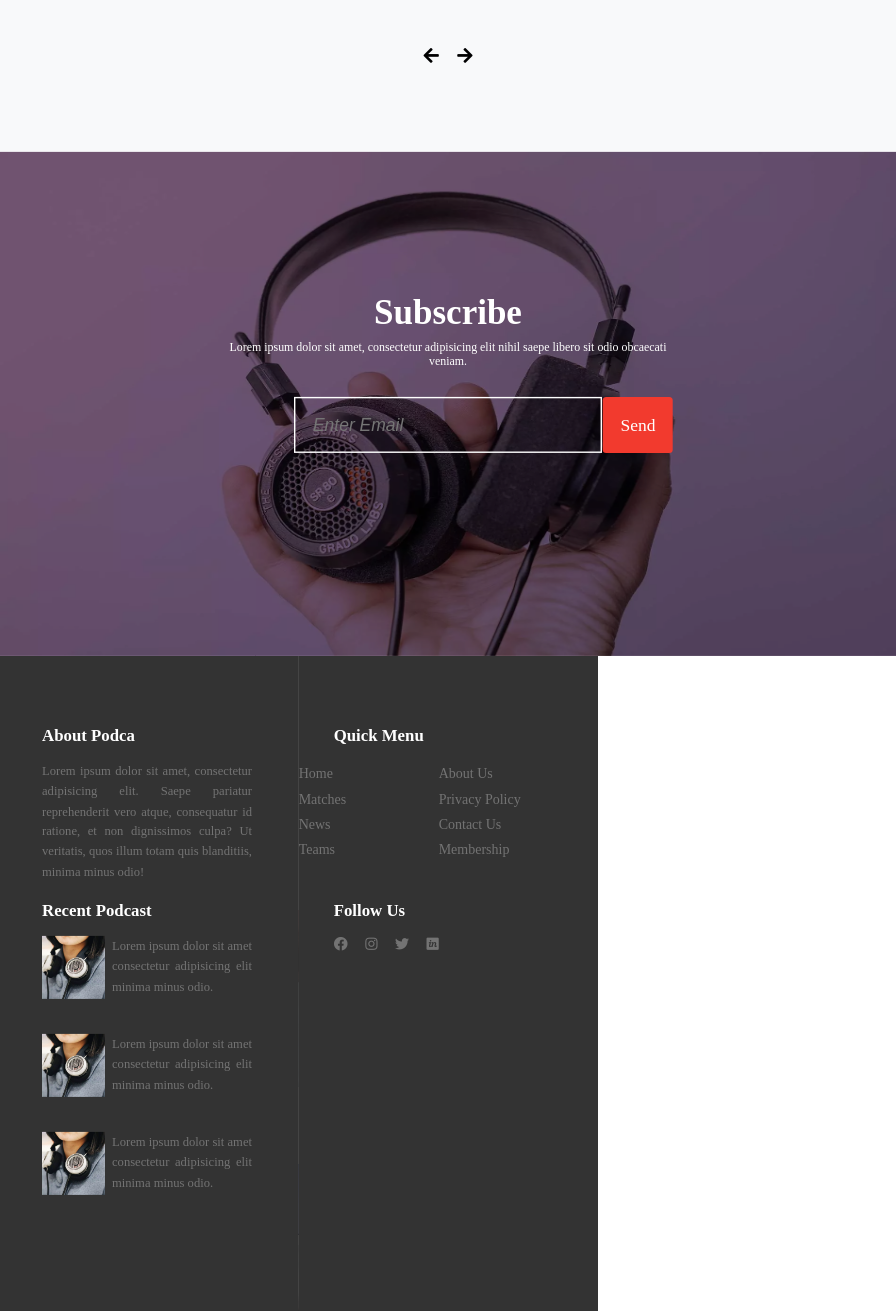
Repository: nhutduy0803/template2
Page: index.html
An editor plug-in stored every save of this project. The page is shown before and after the next save, followed by the edit.
The browser window is 1280 px wide. The pictures show the part of the page from y = 4580 to 6500 px (the page is 6453 px tall before and 7189 px after), at 70% of full size.

Above is the page before, as saved 2021-12-10 19:08:37.

After the next save:
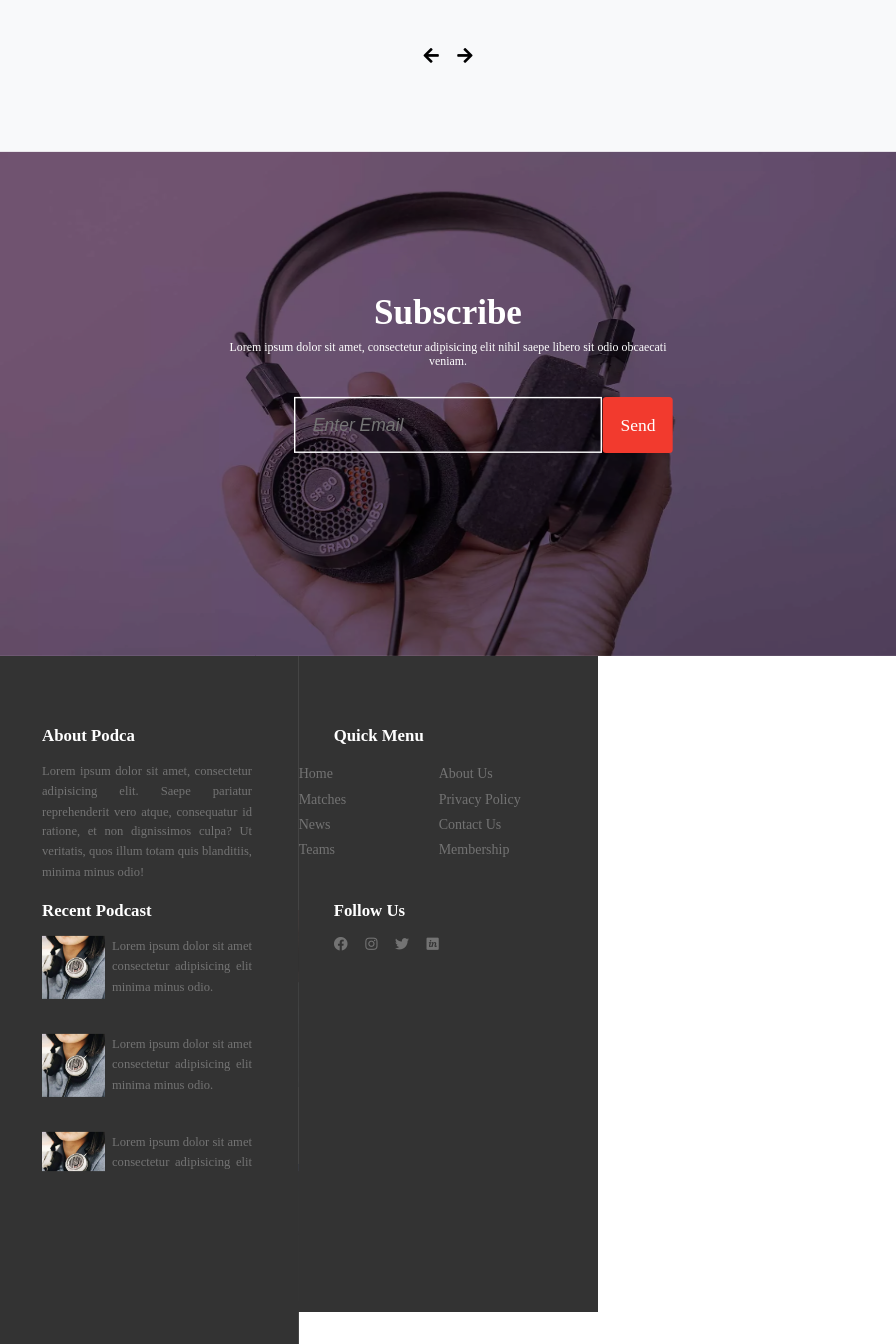
Saved 27 s later.
--- a/index.html
+++ b/index.html
@@ -471,5 +471,6 @@
         </div>
       </div>
     </div>
+    <div class="footer-right"></div>
   </body>
 </html>
